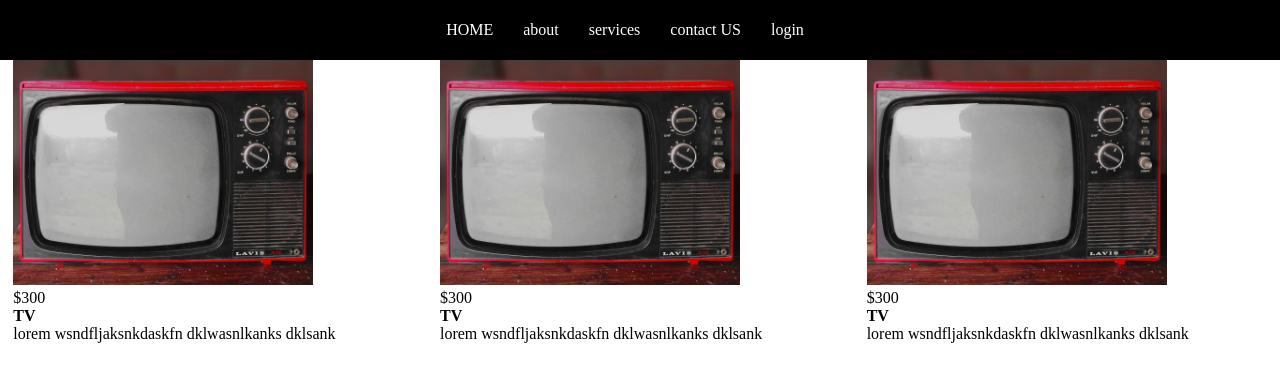
Repository: viveknaidu007/repo-166-Full-Stack-Development-Learning-Notes-Innomatics-2024
Page: module_1-html,css,bootstrap/sept_25_2024/index.html
An editor plug-in stored every save of this project. The page is shown before and after the next save, followed by the edit.
The browser window is 1280 px wide. The pictures show the whole page.

Above is the page before, as saved 2024-09-27 21:48:50.

After the next save:
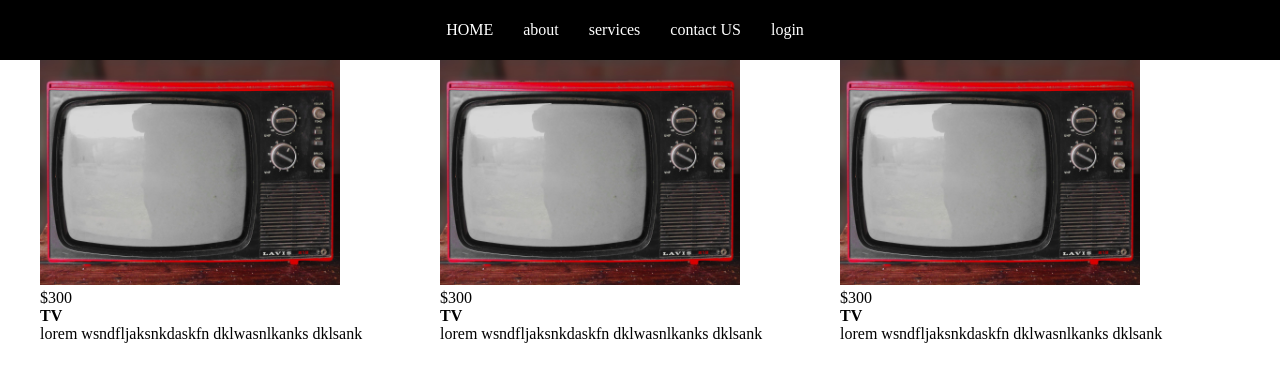
Saved 27 s later.
--- a/module_1-html,css,bootstrap/sept_25_2024/index.html
+++ b/module_1-html,css,bootstrap/sept_25_2024/index.html
@@ -31,7 +31,7 @@
             height : 350px;
             border: 2px solid blaxk;
             border-radius: 10px;
-            margin: auto;
+            margin: initial;
         }
 
         img{

After the save that followed:
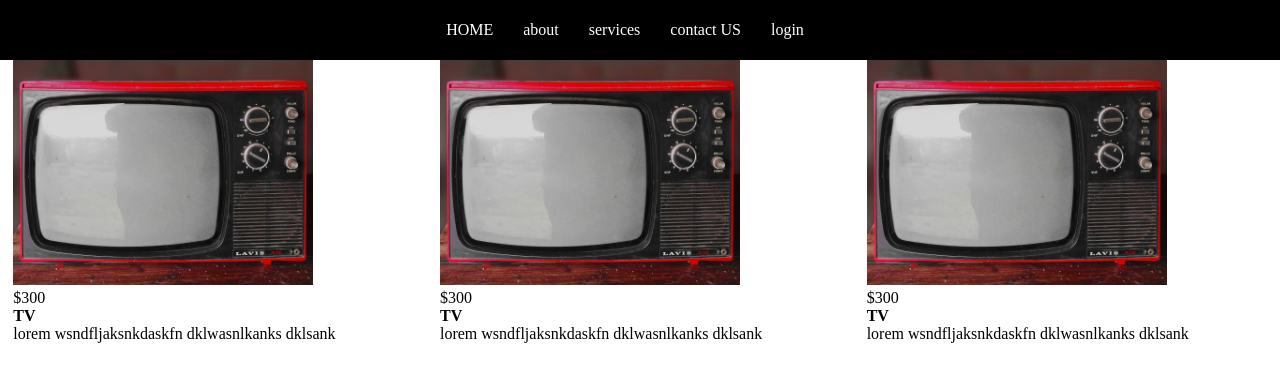
Saved 10 s later.
--- a/module_1-html,css,bootstrap/sept_25_2024/index.html
+++ b/module_1-html,css,bootstrap/sept_25_2024/index.html
@@ -31,7 +31,7 @@
             height : 350px;
             border: 2px solid blaxk;
             border-radius: 10px;
-            margin: initial;
+            margin: auto;
         }
 
         img{
